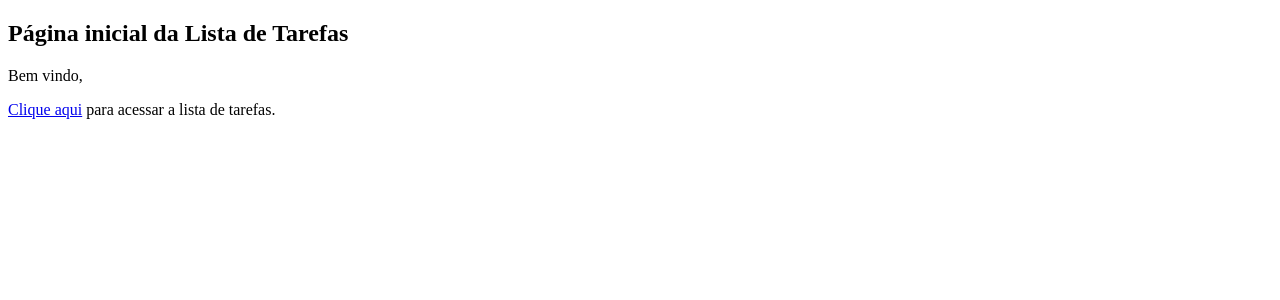
Repository: lsflp/FJ-21
Page: http://localhost/fj21-tarefas/WEB-INF/views/menu.jsp
An editor plug-in stored every save of this project. The page is shown before and after the next save, followed by the edit.
The browser window is 1280 px wide. The pictures show the whole page.
The page is served by Tomcat 9. Nobody is signed in. The template is opened directly, without the code that normally fills it, so the values that code supplies are empty.

Above is the page before, as saved 2018-03-09 22:18:19.

After the next save:
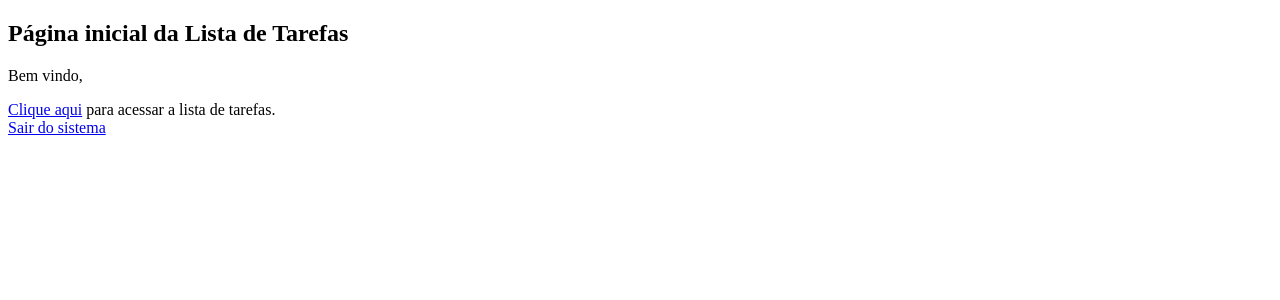
Saved 3 min 16 s later.
--- a/workspace/fj21-tarefas/WebContent/WEB-INF/views/menu.jsp
+++ b/workspace/fj21-tarefas/WebContent/WEB-INF/views/menu.jsp
@@ -9,6 +9,7 @@
 <body>
 	<h2> Página inicial da Lista de Tarefas</h2>
 	<p>Bem vindo, ${usuarioLogado.login}</p>
-	<a href="listaTarefas">Clique aqui</a> para acessar a lista de tarefas.
+	<a href="listaTarefas">Clique aqui</a> para acessar a lista de tarefas.<br />
+	<a href="logout">Sair do sistema</a>
 </body>
 </html>
